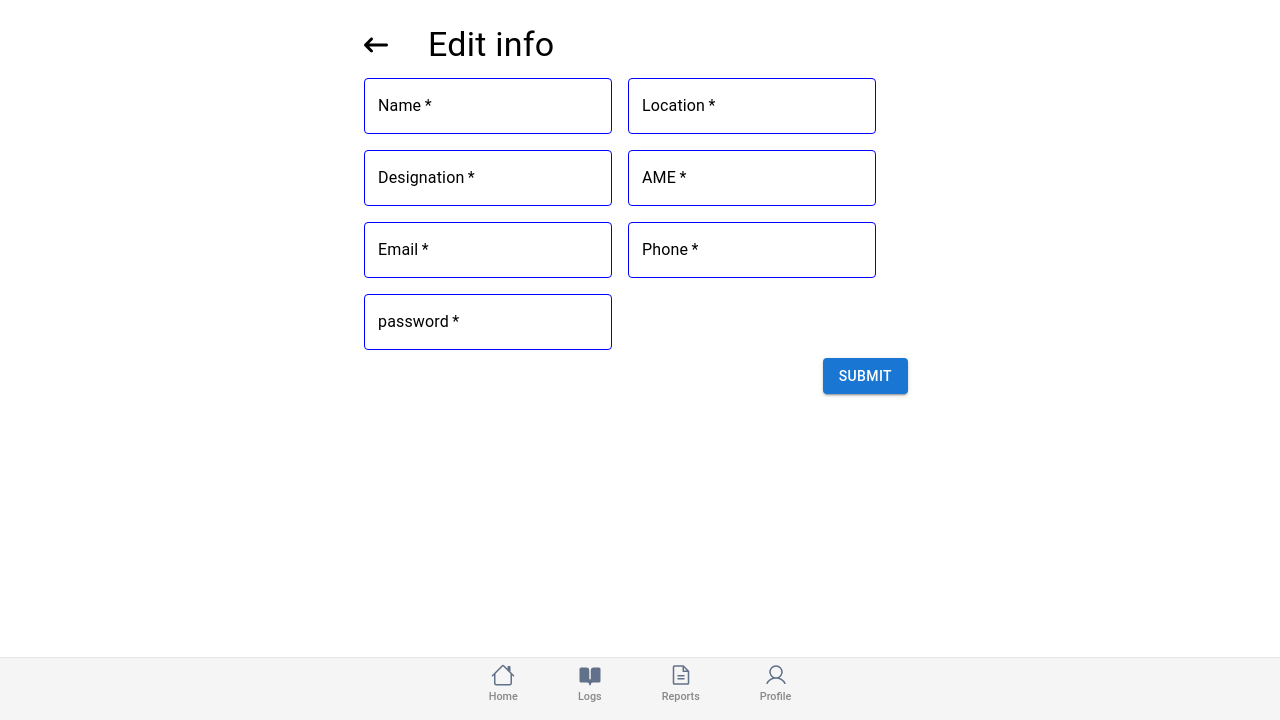
Repository: shash0708/GMR-Lines
Page: /signup (app in frontend/)
The author's editor kept a copy of each file at every save. The page is drawn from the files as they stood at one save, then again after a run of saves.
The browser window is 1280 px wide. The pictures show the whole page.
The page's requests for data from a server got no answer. Some web libraries are served in a nearby version. The project was rebuilt for these pictures with package versions that can differ from the ones it lists, and the page was loaded fresh each time. No one was signed in, and anything a server would have sent is missing. Also part of the build but not shown: frontend/src/components/Home/Car.css, frontend/src/components/Home/Car.jsx, frontend/src/components/hooks/useDocumentTitle.js, frontend/src/components/Home/Home.css, frontend/src/components/Home/Home.component.jsx, frontend/src/components/Form/Form.component.jsx, frontend/src/components/Profile/Profile.jsx, frontend/src/components/Card/Card.jsx and 11 more.

Above is the page before, as saved 2024-10-20 14:53:18.

### frontend/public/index.html
<!DOCTYPE html>
<html lang="en">
  <head>
    <meta charset="utf-8" />
    <link rel="icon" href="%PUBLIC_URL%/favicon.ico" />
    <meta name="viewport" content="width=device-width, initial-scale=1" />
    <meta name="theme-color" content="#000000" />
    <meta name="description" content="Web site created using create-react-app" />
    <link rel="apple-touch-icon" href="%PUBLIC_URL%/logo192.png" />
    <!--
      manifest.json provides metadata used when your web app is installed on a
      user's mobile device or desktop. See https://developers.google.com/web/fundamentals/web-app-manifest/
    -->
    <link rel="manifest" href="%PUBLIC_URL%/manifest.json" />
    <!--
      Notice the use of %PUBLIC_URL% in the tags above.
      It will be replaced with the URL of the `public` folder during the build.
      Only files inside the `public` folder can be referenced from the HTML.

      Unlike "/favicon.ico" or "favicon.ico", "%PUBLIC_URL%/favicon.ico" will
      work correctly both with client-side routing and a non-root public URL.
      Learn how to configure a non-root public URL by running `npm run build`.
    -->
    <link href="https://cdn.jsdelivr.net/npm/bootstrap@5.3.3/dist/css/bootstrap.min.css" rel="stylesheet" integrity="sha384-QWTKZyjpPEjISv5WaRU9OFeRpok6YctnYmDr5pNlyT2bRjXh0JMhjY6hW+ALEwIH" crossorigin="anonymous">
    <link rel="stylesheet" href="https://cdnjs.cloudflare.com/ajax/libs/font-awesome/6.0.0-beta3/css/all.min.css">

    <title>Log Book</title>
  </head>
  <script src="https://cdn.jsdelivr.net/npm/bootstrap@5.3.3/dist/js/bootstrap.bundle.min.js" integrity="sha384-YvpcrYf0tY3lHB60NNkmXc5s9fDVZLESaAA55NDzOxhy9GkcIdslK1eN7N6jIeHz" crossorigin="anonymous"></script>
  <script src="https://cdn.jsdelivr.net/npm/@popperjs/core@2.11.8/dist/umd/popper.min.js" integrity="sha384-I7E8VVD/ismYTF4hNIPjVp/Zjvgyol6VFvRkX/vR+Vc4jQkC+hVqc2pM8ODewa9r" crossorigin="anonymous"></script>
  <script src="https://cdn.jsdelivr.net/npm/bootstrap@5.3.3/dist/js/bootstrap.min.js" integrity="sha384-0pUGZvbkm6XF6gxjEnlmuGrJXVbNuzT9qBBavbLwCsOGabYfZo0T0to5eqruptLy" crossorigin="anonymous"></script>
  <script src="https://cdn.tailwindcss.com?plugins=forms,container-queries"></script>

  <body>
    <noscript>You need to enable JavaScript to run this app.</noscript>
    <div id="root"></div>
    <!--
      This HTML file is a template.
      If you open it directly in the browser, you will see an empty page.

      You can add webfonts, meta tags, or analytics to this file.
      The build step will place the bundled scripts into the <body> tag.

      To begin the development, run `npm start` or `yarn start`.
      To create a production bundle, use `npm run build` or `yarn build`.
    -->
  </body>
</html>

### frontend/src/index.js
import React from 'react';
import ReactDOM from 'react-dom/client';
import './index.css';
import App from './App';
import * as serviceWorkerRegistration from './serviceWorkerRegistration';
import reportWebVitals from './reportWebVitals';
import { ThemeProvider, createTheme } from '@mui/material/styles';

const root = ReactDOM.createRoot(document.getElementById('root'));
const theme = createTheme({
  palette: {
    primary: {
      main: '#1976d2',
    },
    secondary: {
      main: '#dc004e',
    },
  },
});
root.render(
  <React.StrictMode>
      <ThemeProvider theme={theme}>

    <App />
    </ThemeProvider>
  </React.StrictMode>
);

// If you want your app to work offline and load faster, you can change
// unregister() to register() below. Note this comes with some pitfalls.
// Learn more about service workers: https://cra.link/PWA
serviceWorkerRegistration.unregister();

// If you want to start measuring performance in your app, pass a function
// to log results (for example: reportWebVitals(console.log))
// or send to an analytics endpoint. Learn more: https://bit.ly/CRA-vitals
reportWebVitals();

### frontend/src/App.js
import './App.css';
import { useState,useEffect } from 'react';
import { BrowserRouter as Router, Route, Routes } from 'react-router-dom';
import 'primereact/resources/themes/saga-blue/theme.css';
import 'primereact/resources/primereact.min.css';
import { PrimeReactProvider } from 'primereact/api';
import Home from '../src/components/Home/Home.component';
import Form from './components/Form/Form.component';
import { ToastContainer } from 'react-toastify';
import 'react-toastify/dist/ReactToastify.css';
import Profile from './components/Profile/Profile.jsx'
import Cards from './components/Card/Card.component';
import Data from './components/Data/Data.component';
import Navbar from './components/Header/Header.component';
import EditProfile from './components/ProfileEdit/ProEdit.jsx';
import Login from './components/Login/Login.component';
import Signup from './components/SignUp/Signup.component';
import PdfComponent from './components/Pdf/PdfComponent';
import { LogsProvider } from './context/LogContext';
import Footer from './components/Footer/Footer.component';
import { useLocation } from 'react-router-dom';
import Logup from './components/Update/Update.jsx'
const App = () => {
  return (
    <LogsProvider>
      <PrimeReactProvider>
        <Router>
          <Content />
          <ToastContainer /> {/* Place this once in your app */}

        </Router>
      </PrimeReactProvider>
    </LogsProvider>
  );
};

const Content = () => {
  const location = useLocation();
  var [showFooter, setShowFooter] = useState(false);

  // Check if the current path is "/form"
  // showFooter = location.pathname !== "/form" ;
  // showFooter = location.pathname !== "/log/:id";



  // const [showFooter, setShowFooter] = useState(true);

  useEffect(() => {
    // Hide the footer for specific paths
    const hideFooterPaths = ["/form", "/log"];

    // Check if the current path matches any path where the footer should be hidden
    const shouldShowFooter = !hideFooterPaths.some((path) =>
      location.pathname.startsWith(path)
    );

    setShowFooter(shouldShowFooter);
  }, [location.pathname]);


  // This function will check the scroll position
  // const handleScroll = () => {
  //   // Show the footer if the user scrolls down more than 100px
  //   if (window.scrollY > 100) {
  //     setShowFooter(true);
  //   } else {
  //     setShowFooter(false);
  //   }
  // };

  // useEffect(() => {
  //   // Add the scroll event listener when the component mounts
  //   window.addEventListener('scroll', handleScroll);

  //   // Cleanup the event listener when the component unmounts
  //   return () => {
  //     window.removeEventListener('scroll', handleScroll);
  //   };
  // }, []); // Empty dependency array ensures this runs only once when the component mounts


  return (
    <>
      <Routes>
        {/* <Navbar/> */}
        <Route path="/" element={<Home />} />
        <Route path='/login' element={<Login />} />
        <Route path='/signup' element={<Signup />} />
        <Route path="/form" element={<Form />} />
        <Route path="/past-records" element={<Cards />} />
        {/* <Route path="/log/:id" element={<Data />} /> */}
        <Route path="/pdf" element={<PdfComponent />} />
        <Route path="/log/:id"   element={<Logup/>}/>
        <Route path="/profile"  element={<Profile/>}/>
        <Route path="/edit" element={<EditProfile/>}/>
      </Routes>
      {showFooter && <Footer />} {/* Conditionally render the footer */}
    </>
  );
};

export default App;

### frontend/src/App.css
body {
    font-family: 'Roboto', sans-serif;

    background-color: white ;
    background-size: cover;
    min-height: 100vh;

  }

### frontend/src/components/SignUp/Signup.component.jsx
import React, { useState } from 'react';
import axios from 'axios';
import {
  TextField,
  MenuItem,
  Select,
  InputLabel,
  FormControl,
  Button,
  Container,
  Typography,
  Grid,
  DialogActions,
} from '@mui/material';
import { FaArrowLeftLong } from 'react-icons/fa6';
import { useNavigate } from 'react-router-dom';
import { toast } from 'react-toastify';

const Signup = () => {
  const [formState, setFormState] = useState({
    Name: '',
    Location: '',
    Designation: '',
    AME: '',
    Email: '',
    Phone: '',
    password:'',

  });
  const navigate = useNavigate();
  const URL = 'your_api_url_here'; // Replace with your API URL

  // Handle input change
  const handleInputChange = (e) => {
    const { name, value } = e.target;
    setFormState((prevState) => ({ ...prevState, [name]: value }));
  };

  // Function to create a user and store AME in localStorage
  const handleCreateUser = async () => {
    try {
      const response = await axios.post(`${URL}/api/createuser`, formState, {
        headers: {
          'Content-Type': 'application/json',
        },
      });

      // Assuming the response contains the AME in the response data
      const { AME } = response.data;

      // Store AME in localStorage
      localStorage.setItem('AME', AME);

      toast.success('User created successfully!');
      navigate('/profile'); // Redirect to profile or another page after creation
    } catch (error) {
      toast.error('Error creating user');
      console.error('Error creating user:', error);
    }
  };

  return (
    <Container
      maxWidth="sm"
      sx={{
        backgroundColor: 'white',
        padding: 3,
        borderRadius: 2,
        boxShadow: 'none',
      }}
    >
      <Typography
        variant="h4"
        gutterBottom
        sx={{
          color: 'Black',
          textAlign: 'center',
          display: 'flex',
          alignItems: 'center',
          gap: '40px',
        }}
      >
        <FaArrowLeftLong
          style={{ fontSize: '24px' }}
          onClick={() => window.history.back()}
        />
        Edit info
      </Typography>
      <form>
        <Grid container spacing={2}>
          {Object.keys(formState)
            .filter((field) => !['Id', 'createdAt', 'updatedAt', '__v'].includes(field)) // Filter out unwanted fields
            .map((field) =>
              field === 'TOM' || field === 'CPU' ? (
                <Grid item xs={12} key={field}>
                  <FormControl fullWidth>
                    <InputLabel
                      id={`${field}-label`}
                      sx={{ color: 'Black' }}
                    >
                      {field}
                    </InputLabel>
                    <Select
                      labelId={`${field}-label`}
                      id={field}
                      name={field}
                      value={formState[field] || ''} // Ensure the value is set, defaulting to an empty string
                      onChange={handleInputChange}
                      required
                      sx={{
                        '& .MuiSelect-select': {
                          color: 'black',
                          backgroundColor: 'white',
                        },
                        '& .MuiOutlinedInput-notchedOutline': {
                          borderColor: 'blue',
                        },
                        '& .MuiSelect-icon': { color: 'white' },
                        '& .MuiFormLabel-root.Mui-focused': {
                          color: 'white',
                        },
                        '& .MuiOutlinedInput-root.Mui-focused .MuiOutlinedInput-notchedOutline':
                          {
                            borderColor: 'blue',
                          },
                      }}
                    ></Select>
                  </FormControl>
                </Grid>
              ) : (
                <Grid item xs={12} key={field}>
                  <TextField
                    fullWidth
                    label={field}
                    id={field}
                    name={field}
                    value={formState[field] || ''} // Ensure value defaults to empty string to avoid uncontrolled component issues
                    onChange={handleInputChange}
                    required={field !== 'OP'}
                    multiline={field === 'CPU' || field === 'OP'}
                    rows={field === 'CPU' || field === 'OP' ? 4 : 1}
                    sx={{
                      '& .MuiInputBase-root': { color: 'Black' },
                      '& .MuiInputBase-input': { color: 'Black' },
                      '& .MuiFormLabel-root': { color: 'Black' },
                      '& .MuiOutlinedInput-root': {
                        '& fieldset': { borderColor: 'blue' },
                        '&:hover fieldset': { borderColor: 'Black' },
                        '&.Mui-focused fieldset': { borderColor: 'Black' },
                      },
                    }}
                  />
                </Grid>
              )
            )}
        </Grid>
        <DialogActions>
          <Button
            onClick={handleCreateUser}
            color="primary"
            variant="contained"
          >
            Submit
          </Button>
        </DialogActions>
      </form>
    </Container>
  );
};

export default Signup;

### frontend/src/context/LogContext.js
// LogsContext.js
import React, { createContext, useState, useEffect } from 'react';
import axios from 'axios';
import URL from '../components/config';
const LogsContext = createContext();

export const LogsProvider = ({ children }) => {
  const [logs, setLogs] = useState([]);
  const [filteredLogs, setFilteredLogs] = useState([]);
  const [searchTerm, setSearchTerm] = useState('');
  const [selectedLogs, setSelectedLogs] = useState([]);

  useEffect(() => {
    const fetchLogs = async () => {
      try {
        const response = await axios.get(`${URL}/getlogs/entries`, {
          headers: {
            'auth-token': localStorage.getItem('token'),
          },
        });

        setLogs(response.data);
        setFilteredLogs(response.data);
      } catch (error) {
        console.error('Error fetching logs:', error);
      }
    };
    fetchLogs();
  }, []);

  useEffect(() => {
    const handleSearch = () => {
      const lowerCaseSearchTerm = searchTerm.toLowerCase();
      const filtered = logs.filter((log) => {
        const logId = String(log.Toa);
        return logId.toLowerCase().includes(lowerCaseSearchTerm);
      });
      setFilteredLogs(filtered);
    };

    handleSearch();
  }, [searchTerm, logs]);

  const handleSelect = (log) => {
    setSelectedLogs((prev) => {
      const isSelected = prev.includes(log);
      if (isSelected) {
        return prev.filter((selectedLog) => selectedLog !== log);
      }

      if (prev.length >= 7) {
        return prev;
      }

      return [...prev, log];
    });
  };

  return (
    <LogsContext.Provider
      value={{
        logs,
        filteredLogs,
        searchTerm,
        setSearchTerm,
        selectedLogs,
        handleSelect,
        setFilteredLogs,
      }}
    >
      {children}
    </LogsContext.Provider>
  );
};

export default LogsContext;

### frontend/src/components/Footer/Footer.component.jsx
import React from 'react';
import { NavLink } from 'react-router-dom';  // Import NavLink from react-router-dom
import './Footer.css';

const Footer = () => {
  return (
    <footer className="footer">
      {/* Navigation Links Section */}
      <div className="nav-container">

        {/* Home Link */}
        <NavLink
          className="nav-link"
          to="/"
          activeClassName="active"
          exact
        >
         <svg xmlns="http://www.w3.org/2000/svg" width="16" height="16" fill="currentColor" class="bi bi-house" viewBox="0 0 16 16">
  <path d="M8.707 1.5a1 1 0 0 0-1.414 0L.646 8.146a.5.5 0 0 0 .708.708L2 8.207V13.5A1.5 1.5 0 0 0 3.5 15h9a1.5 1.5 0 0 0 1.5-1.5V8.207l.646.647a.5.5 0 0 0 .708-.708L13 5.793V2.5a.5.5 0 0 0-.5-.5h-1a.5.5 0 0 0-.5.5v1.293zM13 7.207V13.5a.5.5 0 0 1-.5.5h-9a.5.5 0 0 1-.5-.5V7.207l5-5z"/>
</svg>
          <p>Home</p>
        </NavLink>

        {/* Logs Link */}
        <NavLink
          className="nav-link"
          to="/past-records"
          activeClassName="active"
        >
          <svg xmlns="http://www.w3.org/2000/svg" viewBox="0 0 256 256">
            <path d="M240,64V192a16,16,0,0,1-16,16H160a24,24,0,0,0-24,24,8,8,0,0,1-16,0,24,24,0,0,0-24-24H32a16,16,0,0,1-16-16V64A16,16,0,0,1,32,48H88a32,32,0,0,1,32,32v88a8,8,0,0,0,16,0V80a32,32,0,0,1,32-32h56A16,16,0,0,1,240,64Z" />
          </svg>
          <p>Logs</p>
        </NavLink>

        {/* Reports Link */}
        <NavLink
          className="nav-link"
          to="/reports"
          activeClassName="active"
        >
          <svg xmlns="http://www.w3.org/2000/svg" viewBox="0 0 256 256">
            <path d="M213.66,82.34l-56-56A8,8,0,0,0,152,24H56A16,16,0,0,0,40,40V216a16,16,0,0,0,16,16H200a16,16,0,0,0,16-16V88A8,8,0,0,0,213.66,82.34ZM160,51.31,188.69,80H160ZM200,216H56V40h88V88a8,8,0,0,0,8,8h48V216Zm-32-80a8,8,0,0,1-8,8H96a8,8,0,0,1,0-16h64A8,8,0,0,1,168,136Zm0,32a8,8,0,0,1-8,8H96a8,8,0,0,1,0-16h64A8,8,0,0,1,168,168Z" />
          </svg>
          <p>Reports</p>
        </NavLink>

        {/* Profile Link */}
        <NavLink
          className="nav-link"
          to="/profile"
          activeClassName="active"
        >
          <svg xmlns="http://www.w3.org/2000/svg" viewBox="0 0 256 256">
            <path d="M230.92,212c-15.23-26.33-38.7-45.21-66.09-54.16a72,72,0,1,0-73.66,0C63.78,166.78,40.31,185.66,25.08,212a8,8,0,1,0,13.85,8c18.84-32.56,52.14-52,89.07-52s70.23,19.44,89.07,52a8,8,0,1,0,13.85-8ZM72,96a56,56,0,1,1,56,56A56.06,56.06,0,0,1,72,96Z" />
          </svg>
          <p>Profile</p>
        </NavLink>

      </div>
    </footer>
  );
};

export default Footer;

### frontend/src/components/config.js
// src/config.js
const URL = " http://localhost:5000";

export default URL;

// `${URL}

### frontend/src/components/Profile/Profile.css
.Profile{
    font-family: Arial, sans-serif;
    /* background-color: #ffffff; */
    position: absolute;
    top: 40px;
    left: 10px;
    margin-top:0px;
    font-weight: 200px;

    font-size: 20px;

    color:black;
    height: auto;

}

.settings{
    position: absolute;
    left:310px
}
.babes {
    font-family: Arial, sans-serif;
    /* background-color: #ffffff; */
    margin-top:20px;
    height: auto;
    overflow-y: auto; /* Enable vertical scrolling if content overflows */

    display: flex;
    justify-content: center;
    align-items: center;
  }

  .profile-container {
    background-color: white;
    border-radius: 10px;
    margin-top: 50px;
    /* box-shadow: 0 4px 8px rgba(0, 0, 0, 0.1); */
    width: 100%;
    height:100vh;

    padding: 20px;
  }

  .profile-header {
    text-align: center;
    margin-bottom: 20px;
  }

  .profile-image {
    width: 100px;
    height: 100px;
    display: flex;
    align-items:center;
    justify-content: center;
    position:relative;
    margin-left: 110px;
    border-radius: 50%;
    object-fit: cover;
  }

  h1 {
    font-size: 1.5em;
    margin: 10px 0;
  }

  p {
    color: #888;
    font-size: 0.9em;
  }

  .edit-button {
    background-color: #d1cdcd;
    border: none;
    padding: 10px 20px;
    border-radius: 10px;
    cursor: pointer;
    margin-top: 10px;
    width:100%;
    font-weight: bold;
  }

  .edit-button:hover {
    background-color: #e0e0e0;
  }

  .profile-options {
    /* border-top: 3px solid #ddd; */
    padding-top: 10px;
    height:30vh;
  }

  .profile-option {
    display: flex;
    justify-content: space-between;
    padding: 10px 0;
    border:2px ;
    cursor: pointer;

    border-bottom: 1px solid #ddd;
    align-items: center;
    /* border-bottom: 1px solid #ddd; */
  }

  .profile-option:last-child {
    border-bottom: none;
  }

  .profile-option:hover {
    background-color: #f9f9f9;


  }
  .collapse-content {
    padding: 10px;
    border-left: 2px solid #ddd;
    margin-left: 10px;
    font-size: 0.9em;
    color: #555;
    overflow: auto; /* Allow scrolling if content is too long */
    max-height: 400px; /* Optional: Limit height before scrolling */
    transition: max-height 0.3s ease; /* Smooth transition when collapsing/expanding */
}

  .option-header {
    display: flex;
    justify-content: space-between;
    align-items: center;
    padding: 10px; /* Add some padding for better spacing */

  }
  .option-text {
    margin-right: 10px; /* Adjust this value to control the space */
    flex-grow: 1; /* Make the text take up available space */
  }
  /* Arrow styling */
  .arrow {
    margin-left: auto; /* Push the arrow to the extreme right */

    transition: transform 0.3s ease;
  }

  .arrow.up {
    transform: rotate(180deg); /* Rotate the arrow upside-down */
  }

  .arrow.down {
    transform: rotate(0deg); /* Default state with down arrow */
  }

### frontend/src/components/Footer/Footer.css
/* Footer Styles */
.footer {
    background-color: #f5f5f5;
    color: #111418;
    position: fixed;
    bottom: 0;
    left: 0;
    right: 0;
    width: 100%;
  }

  /* Container for the navigation links */
  .footer .nav-container {
    display: flex;
    justify-content: center;
    gap: 60px;
    border-top: 1px solid #e5e5e5;
    padding-top: 5px;
    padding-bottom: 5px;
    margin-bottom: 10px;
}
  /* Individual navigation links */
  .footer a {
    display: flex;
    flex-direction: column;
    align-items: center;
    gap: 2px;
    color: #617189;
    text-decoration: none;
    font-size: 12px;
    font-weight: 500;
  }

  .footer a.active {
    color: #111418;
  }

  /* Icon size adjustment */
  .footer svg {
    width: 24px;
    height: 24px;
    fill: currentColor;
  }


  /* Style for the footer links */
.nav-link {
    color:black; /* Default color */
  }

  /* Active state styling */
  .nav-link.active {
    color: white;  /* Highlight color when active */
  }

### frontend/tailwind.config.js
/** @type {import('tailwindcss').Config} */
module.exports = {
  content: [
    "./src/**/*.{js,ts,jsx,tsx}",  // Adjust the paths as needed
    "./public/**/*.html",           // Include HTML files if used
  ],
  theme: {
    extend: {
      // Custom theme extensions go here
      colors: {
        primary: '#ff6347',  // Example custom color
      },
      fontFamily: {
        sans: ['Helvetica', 'Arial', 'sans-serif'],
      },
    },
  },
  plugins: [
    // Add any Tailwind CSS plugins here
  ],
};


module.exports ={
  "compilerOptions": {
    "baseUrl": ".",
    "paths": {
      "@/*": ["src/*"]
    }
  }
}

Loaded but not shown: frontend/src/index.css (common file); frontend/src/reportWebVitals.js (common file); frontend/src/serviceWorkerRegistration.js (137 lines, source omitted); frontend/src/components/Data/Data.css (no stored copy; drawn as an empty file)

After the next 2 saves:
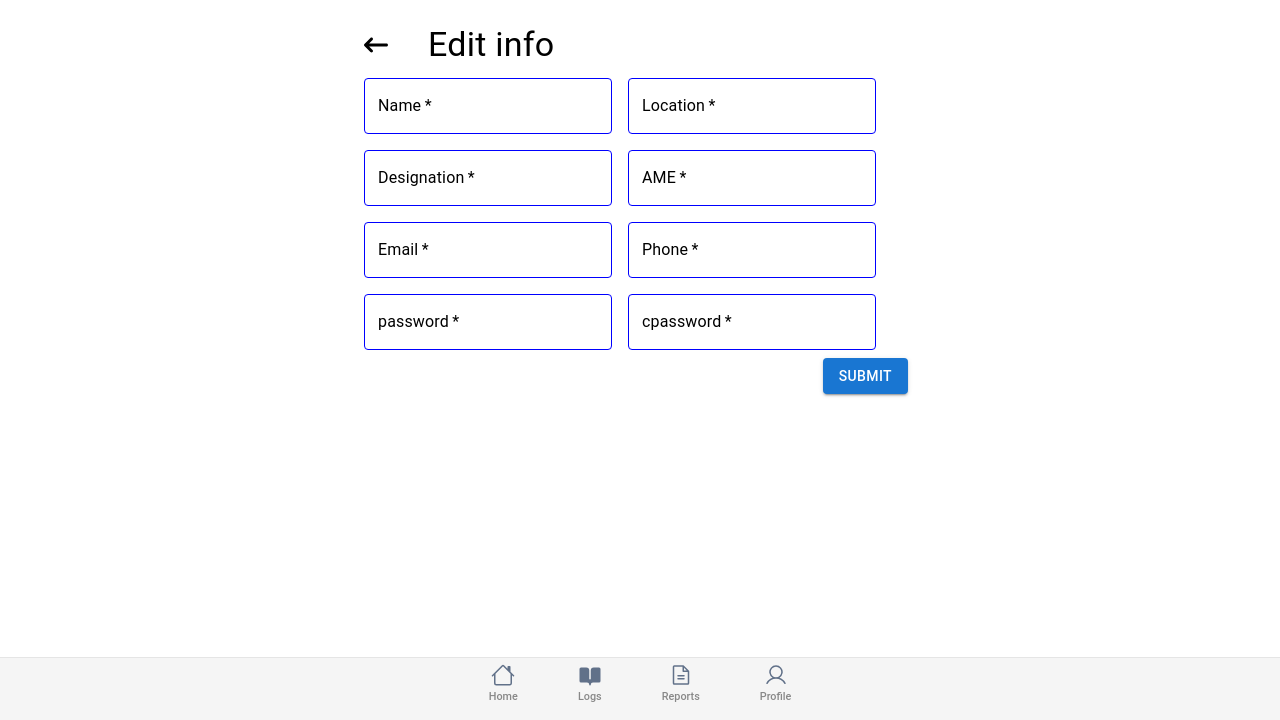
The 2 saves are shown as one change because 1 did not build or start.
The last was saved 11 s later.
--- a/frontend/src/components/SignUp/Signup.component.jsx
+++ b/frontend/src/components/SignUp/Signup.component.jsx
@@ -25,6 +25,7 @@ const Signup = () => {
     Email: '',
     Phone: '',
     password:'',
+    cpassword:'',
 
   });
   const navigate = useNavigate();
